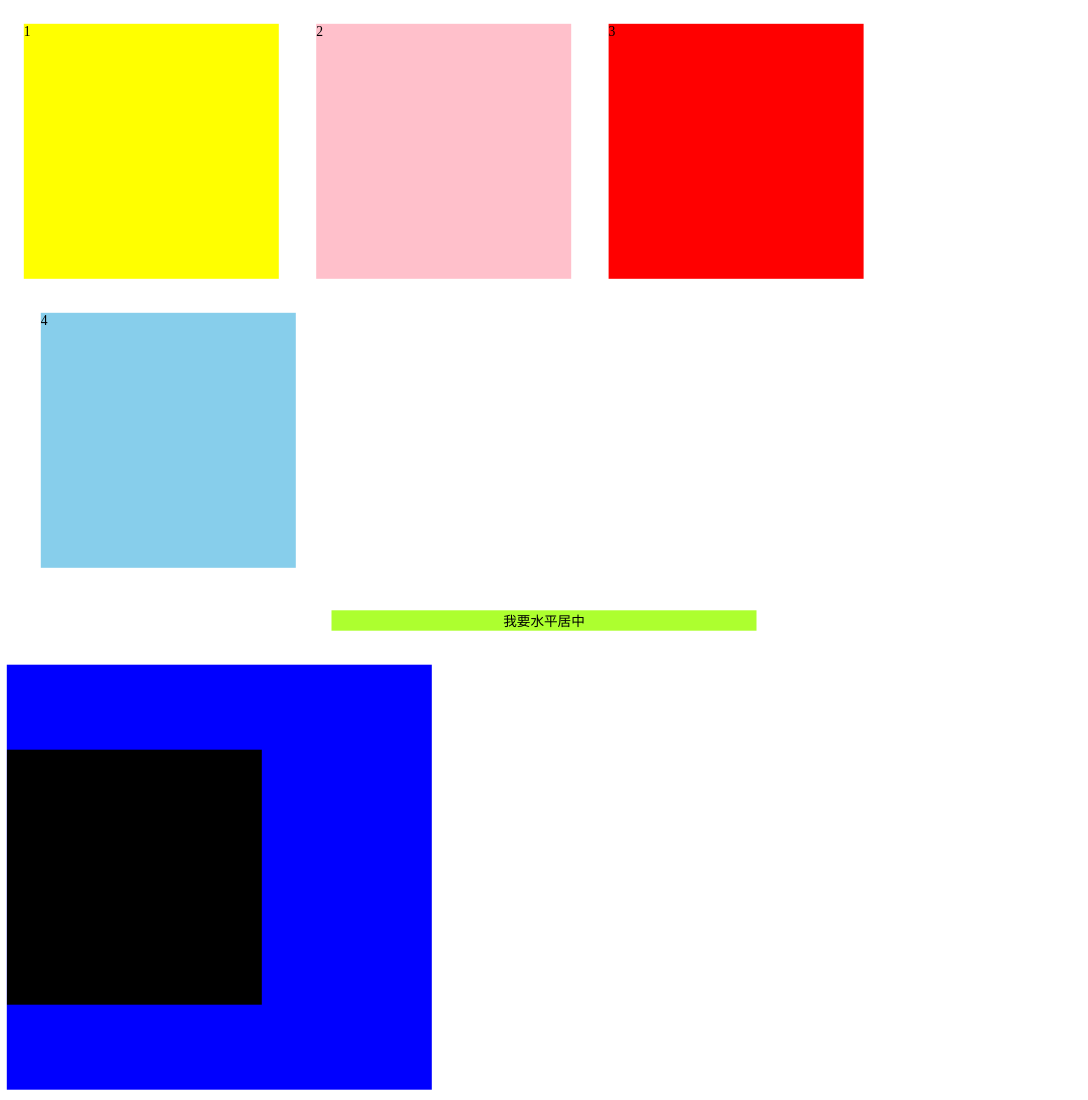
Repository: TheBestBadGuy0228/code
Page: 盒子之间的外边距.html
These files come from the project's save history. The page is drawn as it stood at one moment and after the next save; the edit follows.
The browser window is 1280 px wide. The pictures show the whole page, at 85% of full size.

Above is the page before, as saved 2021-11-29 13:59:51.

After the next save:
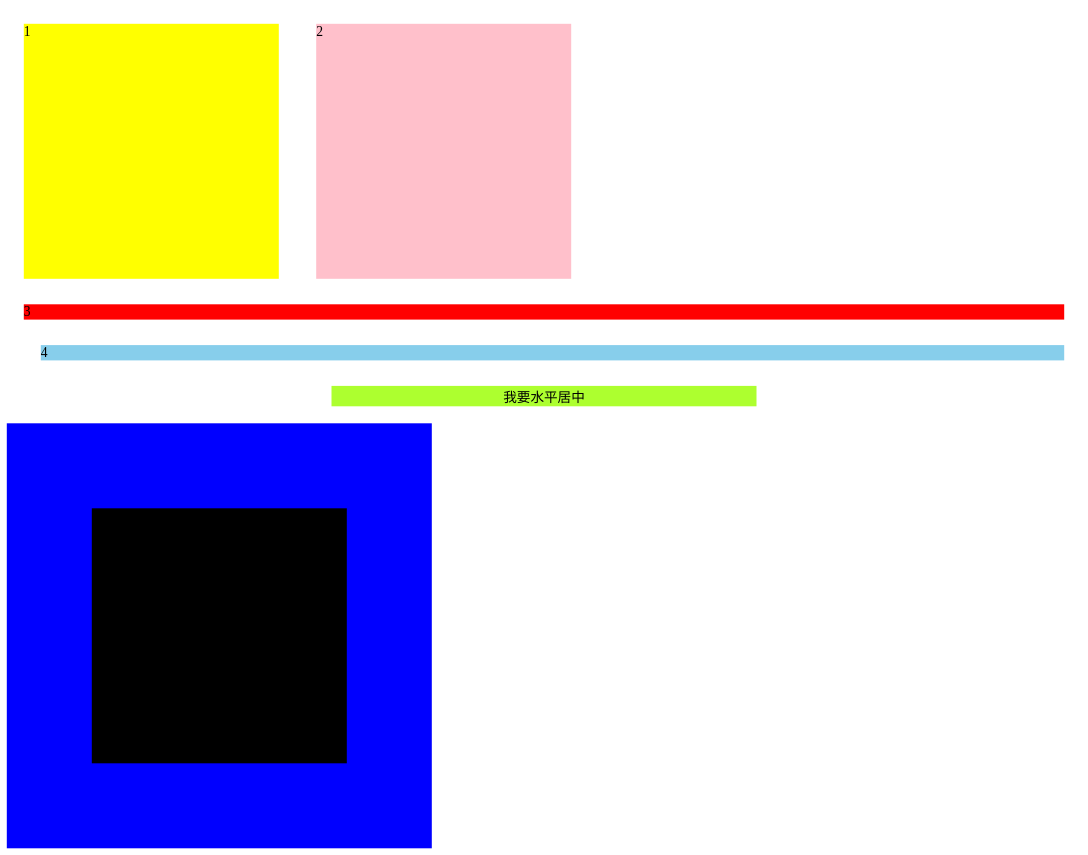
Saved 95 s later.
--- a/盒子之间的外边距.html
+++ b/盒子之间的外边距.html
@@ -36,7 +36,8 @@
             background-color: skyblue;
         }
 
-        div {
+        .one,
+        .two {
             width: 300px;
             height: 300px;
             /* 转换为行内块元素 */
